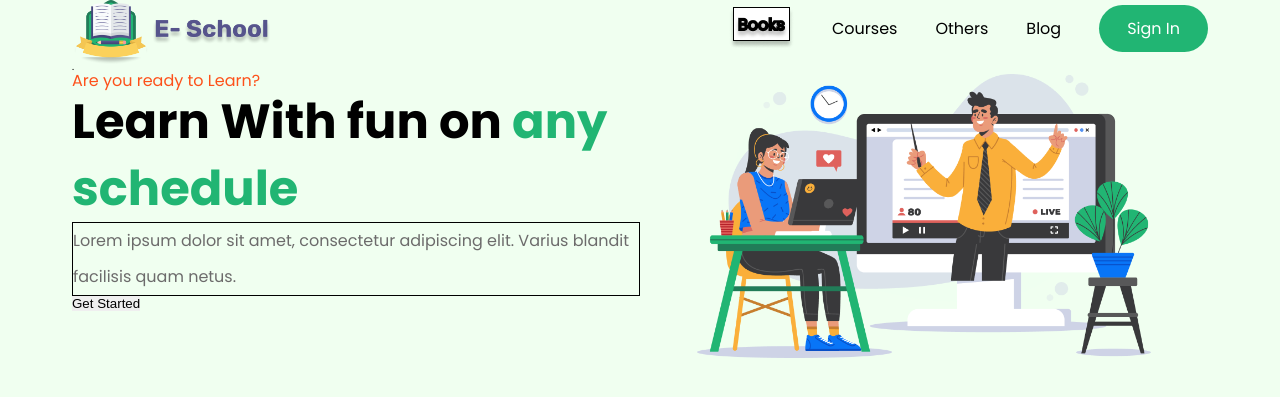
Repository: bijaythakur-code/E-school
Page: index.html
An editor plug-in stored every save of this project. The page is shown before and after the next save, followed by the edit.
The browser window is 1280 px wide. The pictures show the whole page.

Above is the page before, as saved 2022-05-11 15:26:48.
Console error: TypeError: Cannot set properties of null (setting 'textContent')

After the next save:
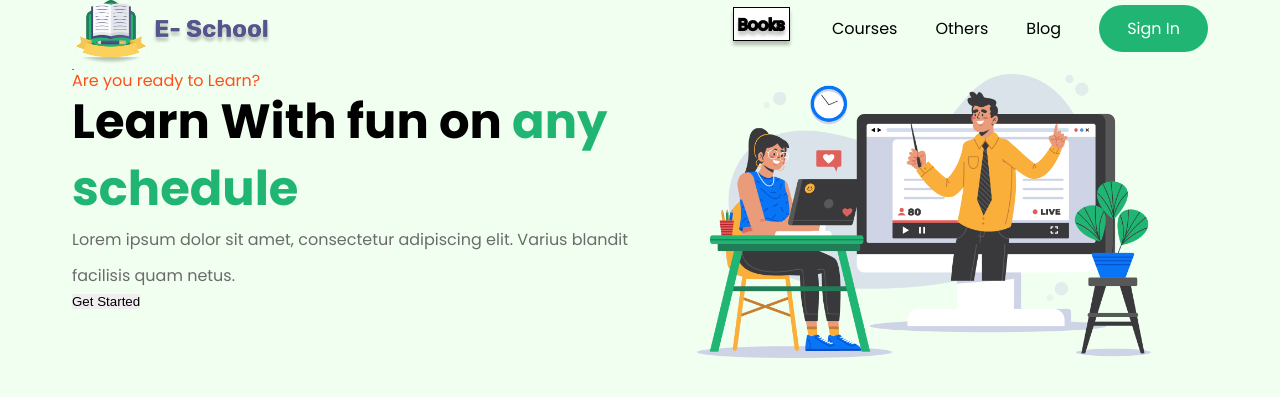
Saved 2 min 24 s later.
--- a/css/style.css
+++ b/css/style.css
@@ -79,7 +79,7 @@
   line-height: 36px;
   /* or 225% */
   color: #6c6b6b;
-  border: 1px solid #000000;
+  /* border: 1px solid #000000; */
 }
 
 .hero-right {
